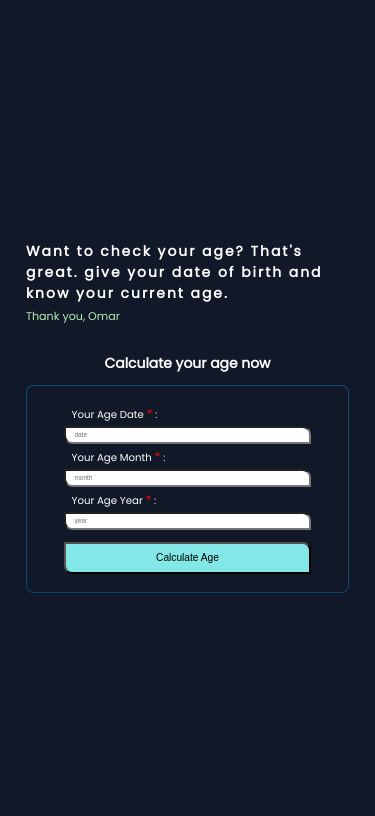
Repository: omarpervezz/age-calculator
Page: index.html
These files come from the project's save history. The page is drawn as it stood at one moment and after the next save; the edit follows.
The browser window is 375 px wide. The pictures show the whole page.
Some web fonts or font styles are not loaded; a fallback is used.

Above is the page before, as saved 2022-08-13 00:52:35.

### index.html
<!doctype html>
<html lang="en">

<head>
    <!-- Required meta tags -->
    <meta charset="utf-8">
    <meta name="viewport" content="width=device-width, initial-scale=1">

    <!-- Font Awesome Icons  -->
    <link rel="stylesheet" href="https://cdnjs.cloudflare.com/ajax/libs/font-awesome/5.15.1/css/all.min.css"
        integrity="sha512-+4zCK9k+qNFUR5X+cKL9EIR+ZOhtIloNl9GIKS57V1MyNsYpYcUrUeQc9vNfzsWfV28IaLL3i96P9sdNyeRssA=="
        crossorigin="anonymous" />

    <!-- Google Fonts  -->
    <link rel="preconnect" href="https://fonts.googleapis.com">
    <link rel="preconnect" href="https://fonts.gstatic.com" crossorigin>
    <link href="https://fonts.googleapis.com/css2?family=Poppins&display=swap" rel="stylesheet">
    <!-- Google Icon -->
    <link href="https://fonts.googleapis.com/icon?family=Material+Icons"
      rel="stylesheet">
      <link rel="stylesheet" href="https://fonts.googleapis.com/css2?family=Material+Symbols+Outlined:opsz,wght,FILL,GRAD@48,400,0,0" />
     <link rel="stylesheet" href="style.css">

    <title>Age Calculator</title>
</head>

<body>
   <div class="age_calculator_container">
    <div class="info container">
      <h1>Want to check your age? That's great. give your date of birth and know your current age.</h1>
      <span>Thank you, Omar</span>
     </div>
    <div class="container">
      <h2>Calculate your age now</h2>
       <div class="box">
        <form action="#" id="form">
            <div class="date_of_birth">
              <label for="date">
                Your Age Date <span>*</span> :
              </label>
              <input type="number" id="date" placeholder="date" class="date">
            </div>
            <div class="date_of_month">
              <label for="month">
                Your Age Month <span>*</span> :
              </label>
              <input type="number" id="month" placeholder="month" class="month">
            </div>
            <div class="date_of_year">
              <label for="year">
                Your Age Year <span>*</span> :
              </label>
              <input type="number" id="year" placeholder="year" class="year">
            </div>
            <div class="submit_">
              <button type="submit" id="submit" class="btn btn-primary">Calculate Age</button>
            </div>
        </form>
       </div>

    </div>
   </div>

    <script src="calculate.js"></script>
</body>

</html>

### style.css
body{
  background-color: #111827;
  color: white;
  font-family: 'Poppins', sans-serif;
  box-sizing: border-box;
  height: 100vh;
  display: flex;
  justify-content: center;
  align-items:
  center;
  overflow-x: hidden;
}
:root{
  --width:100%;
}
html{
  font-size: 62.5%;
}
h1{
  font-size: 1.5rem;
  margin-bottom: .4rem;
  padding-top: 1rem;
  line-height: 38px;
  letter-spacing: 2px;
}
h2{
  text-align: center;
  margin-top: 3rem;
}
.info span{
  color: #b3f1b3;
  font-weight: normal;
  font-size: 1.2rem;
}
.container{
  max-width: calc(var(--width) - 30%);
  margin: auto;
}
.box{
  background-color: #111827;
  overflow: hidden;
  padding: 2rem 4rem;
  height: fit-content;
  border: .2rem solid #0d81b973;
  border-radius: .8rem;
}
.box div{
  width:100%;
}
.box label{
  width:100%;
  display: block;
  font-size: 1.1rem;
  margin-bottom: .3rem;
  padding: 0 .8rem;
}
.box label span{
  color: red;
  margin-top: 0rem;
  font-size: 1.3rem;
}
.box input{
  padding: .9rem .9rem;
  margin-bottom: .4rem;
  border-top-right-radius: .9rem;
  border-bottom-left-radius: .9rem;
  width: 100%;
  box-sizing: border-box;
  transition: 0.3s background linear;
  -webkit-transition: 0.3s background linear;
  -moz-transition: 0.3s background linear;
  -ms-transition: 0.3s background linear;
  -o-transition: 0.3s background linear;
}
.addFocused{
  background: rgb(0 0 0);
  border: .2rem solid #0f4768;
  color: white;
}
.addFocused::placeholder{
  color: white;
  text-transform: capitalize;
}
.submit_{
  width: 82%;
}
.submit_ button{
  width: 100%;
  padding: .9rem .9rem;
  border-top-right-radius: .9rem;
  border-bottom-left-radius: .9rem;
  font-size: 1.1rem;
  cursor: pointer;
  background: #84e7e7;
  margin-top: .9rem;
  transition: 0.6s background linear;
  -webkit-transition: 0.6s background linear;
  -moz-transition: 0.6s background linear;
  -ms-transition: 0.6s background linear;
  -o-transition: 0.6s background linear;
}
.submit_ button:hover{
  background: transparent;
  color: #fff;
  border: .1rem solid white;
}
.result_box{
  background-color: #005574;
  border-radius: .9rem;
  margin-top: 2rem;
  position: relative;
}
.result_content{
  display:
  flex;
  flex-direction: column;
  padding: 1.3rem 0;
}
.result_content div{
  display:
  flex;
  flex-direction: row;
  justify-content: space-evenly;
}
.result_content div span{
  color: #e9e8e9;
  font-weight: 400;
  display: inline-block;
  margin-bottom: .7rem;
}
.material-symbols-outlined{
  position: absolute;
  right: 1.3rem;
  font-size: 1.4rem;
  top: 0.8rem;
  cursor: pointer;
  color: #4febf3;
  font-weight: normal;
}

@media (max-width:476px){
  html{
    font-size: 58%;
  }
  h1{
    line-height: initial;
  }
  .container{
    max-width: calc(var(--width) - 10%);
  }
  .box input{
    padding: .4rem .9rem;
    font-size: .7rem;
  }
}

### calculate.js
const birth_date = document.querySelector('.date');
const month = document.querySelector('.month');
const year = document.querySelector('.year');

// focus input and change bg
birth_date.addEventListener('focus', function(event){
  addClass(birth_date,event);
});
month.addEventListener('focus', function(event){
  addClass(month,event)
});
year.addEventListener('focus', function(event){
  addClass(year,event)
});
const addClass = (input,event) => {
  if(event.path[0].id == 'date'){
    event.path[0].classList.add('addFocused');
    month.classList.remove('addFocused');
    year.classList.remove('addFocused');
  }else if(event.path[0].id == 'month'){
    event.path[0].classList.add('addFocused');
    birth_date.classList.remove('addFocused');
    year.classList.remove('addFocused');
  }else if(event.path[0].id == 'year'){
    event.path[0].classList.add('addFocused');
    month.classList.remove('addFocused');
    birth_date.classList.remove('addFocused');
  }
}

const calculateAge = document.querySelector('#form');
calculateAge.addEventListener('submit', function(event) {
  event.preventDefault();
  let userDateOfBirth = document.querySelector('#date').value;  // 20
  let userBirthMonth = document.querySelector('#month').value;  // 12
  let userBirthYears = document.querySelector('#year').value;   // 1990

  // today date
  let date = new Date();   // new date
  let todayDate = date.getDate();  // current date
  let currentMonth = 1 + date.getMonth() // current month;
  let currentYear = date.getFullYear() // current year;
  let months_ = [31, 28, 31, 30, 31, 30, 31, 31, 30, 31, 30, 31] // random array for 31 28 30 calculated;


  if(userDateOfBirth > todayDate){  // checking if userdate > today date
    todayDate = todayDate + months_[currentMonth - 1]; // 44
    currentMonth = currentMonth - 1; //7
  }
if(userBirthMonth > currentMonth){
  console.log(currentMonth);
  currentMonth = currentMonth + 12; // 19
  console.log(currentMonth);
  currentYear = currentYear - 1; // 2021
}

  let d = todayDate - userDateOfBirth; // 13 - 20 = -7
  console.log(currentMonth);
  console.log(userBirthMonth);
  let m = currentMonth - userBirthMonth // 8 - 12 == -4;
  let y = currentYear - userBirthYears // 2022 - 1990 32;

  const box = document.querySelector('.box');

  box.innerHTML += `
  <div class="result_box">
  <span class="material-symbols-outlined" id="close-item">
close
</span>

  <div class="result_content">
   <div>
     <span>Your Age</span><span>${y} Years</span>
   </div>
   <div><span>Your Month</span><span>${m} Month</span></div>
   <div>
     <span>Your Days</span><span>${d} Days</span>
   </div>
  </div>
</div>
  `
  const item = document.querySelector('.result_box');
  const closeItem = document.querySelector('#close-item');
  closeItem.addEventListener('click', function(event){
    item.remove();
    location.reload();
  })
});

After the next save:
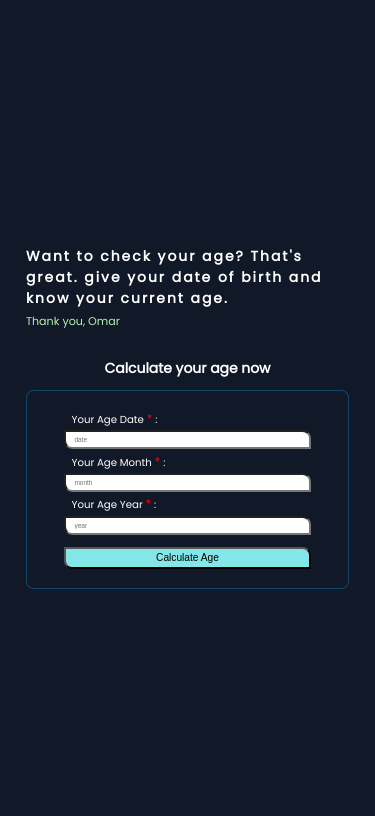
Saved 34 s later.
--- a/style.css
+++ b/style.css
@@ -152,4 +152,7 @@ h2{
     padding: .4rem .9rem;
     font-size: .7rem;
   }
+  .submit_ button{
+    padding: 0.4rem 0.9rem;
+  }
 }
